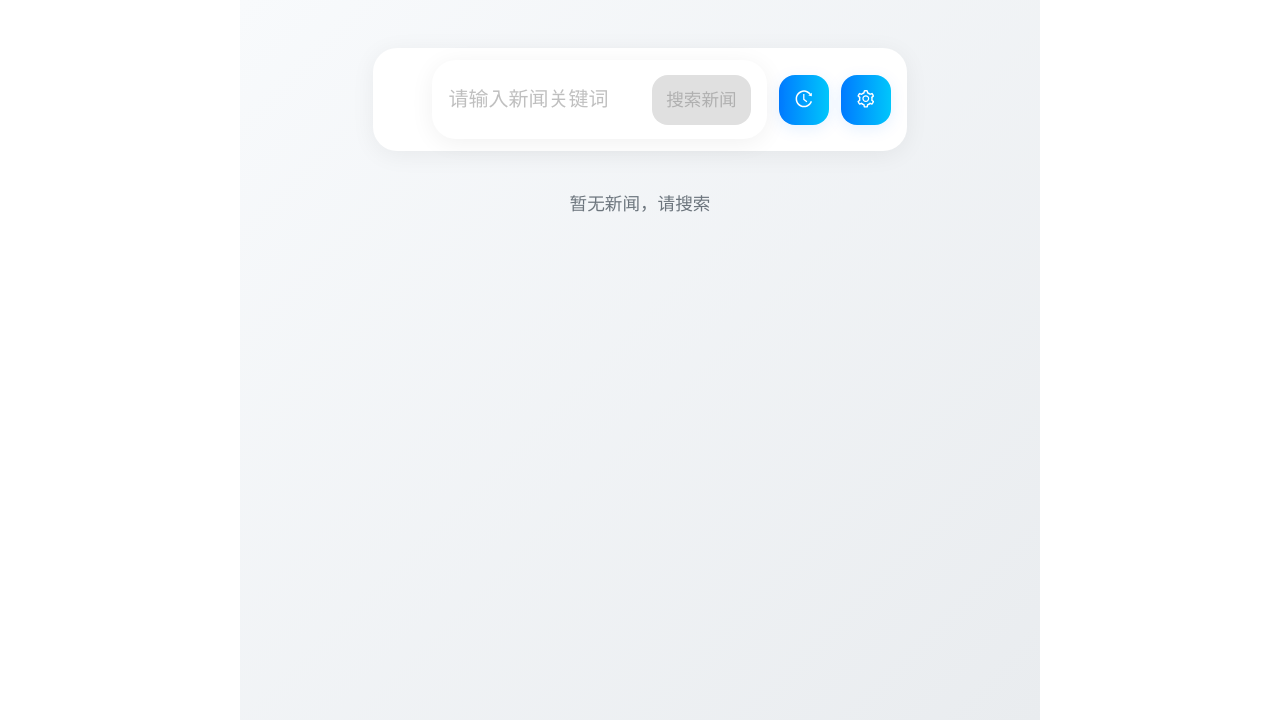
Repository: XJN7197/NewsAssistantBaseMCP
Page: / (app in frontend/)
An editor plug-in stored every save of this project. The page is shown before and after the next save, followed by the edit.
The browser window is 1280 px wide. The pictures show the whole page.
The project was rebuilt for these pictures with package versions that can differ from the ones it lists, and the page was loaded fresh each time. Also part of the build but not shown: frontend/vite.config.ts, frontend/src/components/NewsCard.tsx.

Above is the page before, as saved 2025-05-25 19:54:20.

### frontend/src/App.tsx
import { useState } from 'react'
import Home from './pages/Home'
import './App.css'

function App() {

  return (
    <>
      <Home/>
    </>
  )
}

export default App

### frontend/src/pages/Home.module.css
.home-container {
  height: 100vh;
  width: 800px;
  background: linear-gradient(135deg, #f8fafc 0%, #e9ecef 100%);
  display: flex;
  flex-direction: column;
  align-items: center;
  padding: 48px 0 48px 0; /* 调整了上下padding，左右padding设为0，因为内容区会通过max-width控制 */
  font-family: -apple-system, BlinkMacSystemFont, "Segoe UI", Roboto, "Helvetica Neue", Arial, "PingFang SC", "Hiragino Sans GB", "Microsoft YaHei", sans-serif;
}

.search-bar {
  display: flex;
  justify-content: flex-end;
  align-items: center;
  gap: 12px;
  position: sticky;
  top: 0;
  z-index: 1;
  background: #fff;
  border-radius: 24px;
  box-shadow: 0 4px 24px 0 rgba(0,0,0,0.06);
  padding: 12px 16px; /* 减小整体内边距 */
  width: 66.66%;
  max-width: none;
}

.search-bar input[type="text"] {
  flex: 1;
  border: none;
  outline: none;
  font-size: 1.25rem;
  background: transparent;
  color: #222;
  padding: 8px 12px; /* 调整输入框内边距 */
  margin: 0;
  box-sizing: border-box;
  border-radius: 8px; /* 添加圆角 */
  transition: background 0.2s;
}

/* 添加输入框悬停效果 */
.search-bar input[type="text"]:hover,
.search-bar input[type="text"]:focus {
  background: rgba(0, 0, 0, 0.02);
}
.search-bar button {
  height: 50px;
  background: linear-gradient(90deg, #007aff 0%, #00c6fb 100%);
  color: #fff;
  border: none;
  border-radius: 16px; /* 更大的圆角 */
  padding: 14px 36px; /* 增加了按钮padding */
  font-size: 1.1rem; /* 稍大字体 */
  font-weight: 500;
  cursor: pointer;
  transition: background 0.2s, box-shadow 0.2s;
  box-shadow: 0 4px 16px 0 rgba(0,122,255,0.10); /* 按钮阴影 */
}

.search-bar button:disabled {
  background: #e0e0e0;
  color: #b0b0b0;
  cursor: not-allowed;
  box-shadow: none;
}

.news-list-container { /* Renamed from .news-list */
  width: 66.66%; /* 宽度固定为视口宽度的2/3 */
  /* height: 1500px; 高度固定为1500px */
  max-width: none; /* 移除最大宽度限制 */
  margin-bottom: 40px;
  min-height: 180px; /* 最小高度，避免内容过少时塌陷 */
  display: flex;
  flex-direction: column;
  gap: 24px; /* 新闻卡片之间的间距 */
  overflow-y: auto; /* 添加垂直滚动 */
  /* 可以在这里添加新闻卡片的样式，或者为新闻卡片组件单独创建样式文件 */
}

/* 针对 news-list 中暂无新闻的提示文本样式 */
.news-list > div {
  color: #6c757d; /* 柔和的提示文字颜色 */
  font-size: 1.1rem;
  text-align: center;
  padding: 40px 0;
}

/* Styles for .news-card, .checkbox-container, .news-content, .news-title, .news-desc, .news-link are removed as Ant Design components handle them */

/* 错误消息样式 */
.error-message {
  color: #dc3545; /* 红色错误提示 */
  font-size: 1.1rem;
  text-align: center;
  padding: 40px 0;
}


.analyze-btn {
  margin-bottom: 32px;
}

.analyze-btn button {
  background: linear-gradient(90deg, #34e89e 0%, #0f3443 100%); /* 保持了之前的渐变色 */
  color: #fff;
  border: none;
  border-radius: 16px; /* 更大的圆角 */
  padding: 16px 48px; /* 增加了按钮padding */
  font-size: 1.2rem; /* 稍大字体 */
  font-weight: 600;
  cursor: pointer;
  transition: background 0.2s, box-shadow 0.2s;
  box-shadow: 0 4px 16px 0 rgba(52,232,158,0.10); /* 按钮阴影 */
}

.analyze-btn button:disabled {
  background: #e0e0e0;
  color: #b0b0b0;
  cursor: not-allowed;
  box-shadow: none;
}

/* Styles for .report-modal and its children are removed as Ant Design Modal component handles them */

### frontend/src/mock/newsData.ts
export const mockNewsData = {
    news_list: [
      {
        title: "Qwen引领AI前端技术革新：深度解析一句话开发网页的突破_模型_行业_创新",
        desc: "在人工智能快速发展的2025年，来自量子位的最新报道显示，AI技术正迎来前所未有的革新，尤其是在前端开发领域。由Qwen推出的“AI前端工程师”WebDev工具，以...",
        url: "https://news.sohu.com/a/893821748_121924584"
      },
      {
        title: "谷歌推Gemini2.5Pro模型，AI 助力前端开发与复杂编程",
        desc: "谷歌推Gemini2.5Pro模型#，AI 助力前端开发与复杂编程】5 月7 日消息，科技媒体The Decoder 昨日（5 月6 日）发布博文，报道称谷歌为预热今年的I/O...",
        url: "https://news.sina.com.cn/external/car/2025-05-07/doc-inevtine1324735.shtml"
      },
      {
        title: "前端程序员请注意！首个截图就能生成现代前端代码的AI来了 | 已开源",
        desc: "现在截图生成代码，已经来到了一个新高度——. ⾸个⾯向现代前端代码⽣成的多模态⼤模型解决⽅案，来了！ 而且是开源的那种。 前端程序员请注意！首个截图就能...",
        url: "https://www.qbitai.com/2025/02/258521.html"
      },
      {
        title: "AI包办79%代码，程序员饭碗不保，前端开发要凉，人类只配改Bug？",
        desc: "编码助手更偏向自动化。有79%的Claude Code对话可以被归为「自动化」，即AI直接完成任务，而不是与人类协作「增强」。相比之下，Claude.ai的对话中只有49%是...",
        url: "https://m.36kr.com/p/3271134281245063"
      },
      {
        title: "武汉烽火申请前后端协同开发方法专利，大大降低前后端耦合度",
        desc: "本文源自:金融界. 金融界2025年5月15日消息，国家知识产权局信息显示，武汉烽火信息集成技术有限公司申请一项名为“前后端协同开发方法、装置、设备及可...",
        url: "https://cj.sina.cn/articles/view/1704103183/65928d0f02007wlqg?froms=ggmp"
      }
    ]
  };

### frontend/src/mock/reportData.ts
// 模拟舆情分析报告数据
export const mockReportData = {
  report: `
  **分析时间：** 2025-05-22 20:48:32

  ---

  ## 📥 原始新闻内容

  ### 新闻1
  - **标题**: Qwen引领AI前端技术革新：深度解析一句话开发网页的突破_模型_行业_创新
  - **描述**: 在人工智能快速发展的2025年，来自量子位的最新报道显示，AI技术正迎来前所未有的革新，尤其是在前端开发领域。由Qwen推出的“AI前端工程师”WebDev工具，以...
  - **链接**: https://news.sohu.com/a/893821748_121924584

  ### 新闻2
  - **标题**: 谷歌推Gemini2.5Pro模型，AI 助力前端开发与复杂编程
  - **描述**: 谷歌推Gemini2.5Pro模型#，AI 助力前端开发与复杂编程】5 月7 日消息，科技媒体The Decoder 昨日（5 月6 日）发布博文，报道称谷歌为预热今年的I/O...
  - **链接**: https://news.sina.com.cn/external/car/2025-05-07/doc-inevtine1324735.shtml

  ### 新闻3
  - **标题**: 前端程序员请注意！首个截图就能生成现代前端代码的AI来了 | 已开源
  - **描述**: 现在截图生成代码，已经来到了一个新高度——. ⾸个⾯向现代前端代码⽣成的多模态⼤模型解决⽅案，来了！ 而且是开源的那种。 前端程序员请注意！首个截图就能...
  - **链接**: https://www.qbitai.com/2025/02/258521.html

  ### 新闻4
  - **标题**: AI包办79%代码，程序员饭碗不保，前端开发要凉，人类只配改Bug？
  - **描述**: 编码助手更偏向自动化。有79%的Claude Code对话可以被归为「自动化」，即AI直接完成任务，而不是与人类协作「增强」。相比之下，Claude.ai的对话中只有49%是...
  - **链接**: https://m.36kr.com/p/3271134281245063

  ### 新闻5
  - **标题**: 武汉烽火申请前后端协同开发方法专利，大大降低前后端耦合度
  - **描述**: 本文源自:金融界. 金融界2025年5月15日消息，国家知识产权局信息显示，武汉烽火信息集成技术有限公司申请一项名为“前后端协同开发方法、装置、设备及可...
  - **链接**: https://cj.sina.cn/articles/view/1704103183/65928d0f02007wlqg?froms=ggmp

  ---

  ## 📊 分析结果

  ### 舆情分析报告
  **日期**：2025年5月
  **分析范围**：五篇关于AI与前端开发的新闻

  ---

  #### **一、情绪倾向分析**
  | 新闻编号 | 情绪倾向 | 原因说明 |
  |----------|----------|----------|
  | **新闻1** | **正面** | 强调Qwen的“革新”“突破”等词汇，突出AI技术对前端开发的赋能，传递积极创新信号。 |
  | **新闻2** | **正面** | 谷歌推出新模型推动“AI助力前端开发”，体现技术迭代的行业趋势，语气温和但积极。 |
  | **新闻3** | **正面** | 聚焦“首个截图生成代码”“开源”等关键词，展示AI工具的实用性和开放性，引发开发者关注。 |
  | **新闻4** | **负面** | 标题直接使用“饭碗不保”“要凉”等强烈词汇，讨论AI对程序员职业的冲击，情绪偏担忧。 |
  | **新闻5** | **正面** | 武汉烽火的专利申请聚焦“降低耦合度”技术优化，体现行业对效率提升的关注，属中性积极技术报道。 |

  ---

  #### **二、舆情总结**
  1. **技术革新主导正面情绪**
     - 多篇新闻聚焦AI在前端开发中的创新应用（如Qwen、Gemini2.5Pro、开源工具），强调效率提升、自动化开发等优势，反映行业对AI技术的期待与认可。
     - 专利申请（新闻5）进一步表明企业对技术优化的重视，传递积极发展趋势。

  2. **负面情绪集中于就业风险**
     - 新闻4通过“79%代码由AI包办”“程序员饭碗不保”等表述，引发对AI替代人力的焦虑，负面情绪显著，但未否认技术价值。

  3. **行业矛盾与机遇并存**
     - 正面报道多关注技术突破，负面内容则反映人类与AI协作模式的争议，整体呈现“技术进步”与“职业担忧”的双重叙事。

  ---

  #### **三、建议**
  - **技术开发者**：关注AI工具的开源与迭代（如新闻3），同时提升复合技能以适应自动化趋势。
  - **企业与政策制定者**：平衡技术应用与就业保障，推动人机协作模式的探索。
  - **媒体传播**：客观呈现AI对行业的赋能与挑战，避免过度渲染负面情绪。

  **结论**：当前舆情以技术革新为核心积极主题，但需警惕AI对职业结构的潜在冲击，行业需在创新与人文关怀间寻求平衡。
`
}

### frontend/src/components/NewsSearch.tsx
import React from 'react';
import { Button as AntButton, Input } from 'antd';
import styles from '../pages/Home.module.css'; // 引入 Home.module.css 中的样式

interface NewsSearchProps {
  keyword: string;
  setKeyword: (keyword: string) => void;
  handleSearch: () => void;
  loading: boolean;
}

const NewsSearch: React.FC<NewsSearchProps> = ({
  keyword,
  setKeyword,
  handleSearch,
  loading,
}) => {
  return (
    <div className={styles['search-bar']}> {/* 使用 Home.module.css 中的样式 */}
      <Input
        placeholder="请输入新闻关键词"
        value={keyword}
        onChange={e => setKeyword(e.target.value)}
        onPressEnter={handleSearch} // 支持回车搜索
        style={{ flex: 1, fontSize: '1.25rem', padding: '12px 0' }} // 保持原有部分样式
      />
      <AntButton
        type="primary"
        onClick={handleSearch}
        loading={loading}
        disabled={!keyword}
        style={{ borderRadius: '16px', padding: '14px', fontSize: '1.1rem', fontWeight: 500 }} // 保持原有部分样式，并添加右边距
      >
        搜索新闻
      </AntButton>
    </div>
  );
};

export default NewsSearch;

### frontend/src/components/NewsList.tsx
import React from 'react';
import { List, Spin, Typography } from 'antd';
import NewsCard from './NewsCard';
import styles from '../pages/Home.module.css'; // 引入 Home.module.css 中的样式

const { Text } = Typography;

interface NewsListProps {
  newsList: any[]; // 根据实际新闻数据结构定义更精确的类型
  selectedNews: Set<number>;
  onItemChange: (id: number, checked: boolean) => void;
  loading: boolean;
}

const NewsList: React.FC<NewsListProps> = ({
  newsList,
  selectedNews,
  onItemChange,
  loading,
}) => {
  return (
    <div className={styles['news-list-container']}> {/* 使用 Home.module.css 中的样式 */}
      {loading && newsList.length === 0 && (
        <div style={{ textAlign: 'center', padding: '40px 0' }}>
          <Spin size="large" />
        </div>
      )}
      {!loading && newsList.length === 0 && (
        <div style={{ textAlign: 'center', color: '#6c757d', fontSize: '1.1rem', padding: '40px 0' }}>
          暂无新闻，请搜索
        </div>
      )}
      {newsList.length > 0 && newsList[0].error && (
        <div className={styles['error-message']}>{newsList[0].error}</div>
      )}
      {newsList.length > 0 && !newsList[0].error && (
        <List
          itemLayout="horizontal"
          dataSource={newsList}
          renderItem={item => (
            <NewsCard
              key={item.id}
              item={item}
              selectedNews={selectedNews}
              onItemChange={onItemChange}
            />
          )}
        />
      )}
    </div>
  );
};

export default NewsList;

### frontend/src/components/ReportModal.tsx
import React from 'react';
import { Modal, Button as AntButton, Spin, Typography } from 'antd';
import ReactMarkdown from 'react-markdown';
import remarkGfm from 'remark-gfm';

const { Title, Text } = Typography;

interface ReportModalProps {
  showReport: boolean;
  setShowReport: (show: boolean) => void;
  report: string | null;
  loading: boolean;
  handleDownload: () => void;
  setEmailModalVisible: (visible: boolean) => void;
}

const ReportModal: React.FC<ReportModalProps> = ({
  showReport,
  setShowReport,
  report,
  loading,
  handleDownload,
  setEmailModalVisible,
}) => {
  return (
    <Modal
      title={<Title level={3} style={{ textAlign: 'center', marginBottom: 0 }}>舆情分析报告</Title>}
      open={showReport}
      onCancel={() => setShowReport(false)}
      footer={[
        <AntButton
          key="download"
          onClick={handleDownload}
          disabled={!report}
          style={{ borderRadius: '12px', marginRight: '8px' }}
        >
          下载报告
        </AntButton>,
        <AntButton
          key="email"
          onClick={() => setEmailModalVisible(true)}
          disabled={!report}
          style={{ borderRadius: '12px', marginRight: '8px' }}
        >
          发送邮件
        </AntButton>,
        <AntButton key="close" type="primary" onClick={() => setShowReport(false)} style={{ borderRadius: '12px' }}>
          关闭
        </AntButton>
      ]}
      width="60vw"
      styles={{
        body: { maxHeight: '70vh', overflowY: 'auto', background: '#fff', padding: '24px 40px' },
        content: { zIndex: 1000 }
      }}
    >
      {loading && !report ? (
        <div style={{ textAlign: 'center', padding: '40px 0' }}>
          <Spin size="large" tip="分析报告生成中..." />
        </div>
      ) : report ? (
        <ReactMarkdown remarkPlugins={[remarkGfm]}>{report}</ReactMarkdown>
      ) : (
        <Text>报告生成中或无内容...</Text>
      )}
    </Modal>
  );
};

export default ReportModal;

### frontend/src/components/SettingsModal.tsx
import React from 'react';
import { Modal, Button as AntButton, Spin, Form, Input, Typography, message } from 'antd';

const { Title } = Typography;

interface SettingsModalProps {
  showSettings: boolean;
  setShowSettings: (show: boolean) => void;
  config: any; // 根据实际配置数据结构定义更精确的类型
  configLoading: boolean;
  fetchConfig: () => void;
  updateConfig: (values: any) => Promise<void>;
}

const SettingsModal: React.FC<SettingsModalProps> = ({
  showSettings,
  setShowSettings,
  config,
  configLoading,
  fetchConfig,
  updateConfig,
}) => {
  const [configForm] = Form.useForm();

  // 当弹窗打开时获取配置
  React.useEffect(() => {
    if (showSettings) {
      fetchConfig();
    }
  }, [showSettings, fetchConfig]);

  // 当 config 更新时设置表单值
  React.useEffect(() => {
    configForm.setFieldsValue(config);
  }, [config, configForm]);

  const handleSave = async () => {
    try {
      const values = await configForm.validateFields();
      await updateConfig(values);
    } catch (errorInfo) {
      console.error('Validate Failed:', errorInfo);
      message.error('请检查表单填写是否正确。');
    }
  };

  return (
    <Modal
      title={<Title level={3} style={{ textAlign: 'center', marginBottom: 0 }}>配置设置</Title>}
      open={showSettings}
      onCancel={() => setShowSettings(false)}
      footer={[
        <AntButton key="cancel" onClick={() => setShowSettings(false)} style={{ borderRadius: '12px' }}>
          取消
        </AntButton>,
        <AntButton key="submit" type="primary" loading={configLoading} onClick={handleSave} style={{ borderRadius: '12px' }}>
          保存
        </AntButton>,
      ]}
      width="50vw"
      styles={{ body: { maxHeight: '70vh', overflowY: 'auto', background: '#fff', padding: '24px 40px' } }}
    >
      {configLoading && Object.keys(config).length === 0 ? (
        <div style={{ textAlign: 'center', padding: '40px 0' }}>
          <Spin size="large" tip="加载配置中..." />
        </div>
      ) : (
        <Form
          form={configForm}
          layout="vertical"
          initialValues={config} // 使用状态中的配置作为初始值
        >
          {Object.keys(config).map(key => {
            let inputProps = {};

            // 根据不同字段设置不同的input type
            if (key === 'BASE_URL') {
              inputProps = { type: 'url', placeholder: '请输入有效的URL地址' };
            } else if (key === 'EMAIL_USER') {
              inputProps = { type: 'email', placeholder: '请输入有效的邮箱地址' };
            } else if (key === 'SMTP_SERVER') {
              inputProps = {
                type: 'text',
                placeholder: '请输入SMTP服务器地址',
                pattern: '^[a-zA-Z0-9][a-zA-Z0-9\-\.]+[a-zA-Z0-9]$'
              };
            }

            return (
              <Form.Item
                key={key}
                label={key}
                name={key}
                rules={[{ required: true, message: `请输入 ${key}!` }]} // 添加必填规则
              >
                <Input {...inputProps} />
              </Form.Item>
            );
          })}
        </Form>
      )}
    </Modal>
  );
};

export default SettingsModal;

### frontend/src/components/EmailModal.tsx
import React, { useState } from 'react';
import { Modal, Button as AntButton, Form, Input, message } from 'antd';

interface EmailModalProps {
  emailModalVisible: boolean;
  setEmailModalVisible: (visible: boolean) => void;
  report: string | null;
}

const EmailModal: React.FC<EmailModalProps> = ({
  emailModalVisible,
  setEmailModalVisible,
  report,
}) => {
  const [emailTo, setEmailTo] = useState('');
  const [emailSending, setEmailSending] = useState(false);
  const [form] = Form.useForm();

  // Reset form when modal opens
  React.useEffect(() => {
    if (emailModalVisible) {
      form.resetFields();
      setEmailTo(''); // Also reset local state
    }
  }, [emailModalVisible, form]);

  const handleSendEmail = async () => {
    if (!report || !emailTo) return;

    setEmailSending(true);
    try {
      const response = await fetch('http://localhost:8000/send_email', {
        method: 'POST',
        headers: {
          'Content-Type': 'application/json',
        },
        body: JSON.stringify({
          to: emailTo,
          subject: `舆情分析报告`,
          report_content: report
        }),
      });

      const data = await response.json();
      if (data.status === 'success') {
        message.success('邮件发送成功！');
        setEmailModalVisible(false);
      } else {
        message.error(`邮件发送失败: ${data.message}`);
      }
    } catch (error) {
      console.error("邮件发送失败:", error);
      message.error(`邮件发送失败: ${error}`);
    } finally {
      setEmailSending(false);
    }
  };

  return (
    <Modal
      title="发送分析报告到邮箱"
      open={emailModalVisible}
      onCancel={() => setEmailModalVisible(false)}
      footer={[
        <AntButton key="cancel" onClick={() => setEmailModalVisible(false)} style={{ borderRadius: '12px' }}>
          取消
        </AntButton>,
        <AntButton
          key="send"
          type="primary"
          loading={emailSending}
          onClick={handleSendEmail}
          disabled={!emailTo}
          style={{ borderRadius: '12px' }}
        >
          发送
        </AntButton>,
      ]}
    >
      <Form form={form} layout="vertical">
        <Form.Item
          label="收件人邮箱"
          name="email"
          rules={[
            { required: true, message: '请输入收件人邮箱!' },
            { type: 'email', message: '请输入有效的邮箱地址!' }
          ]}
        >
          <Input
            placeholder="请输入收件人邮箱"
            value={emailTo}
            onChange={e => setEmailTo(e.target.value)}
          />
        </Form.Item>
      </Form>
    </Modal>
  );
};

export default EmailModal;

Loaded but not shown: frontend/index.html (common file); frontend/src/main.tsx (common file); frontend/src/index.css (common file); frontend/src/App.css (common file); frontend/src/pages/Home.tsx (476 lines, source omitted)

After the next save:
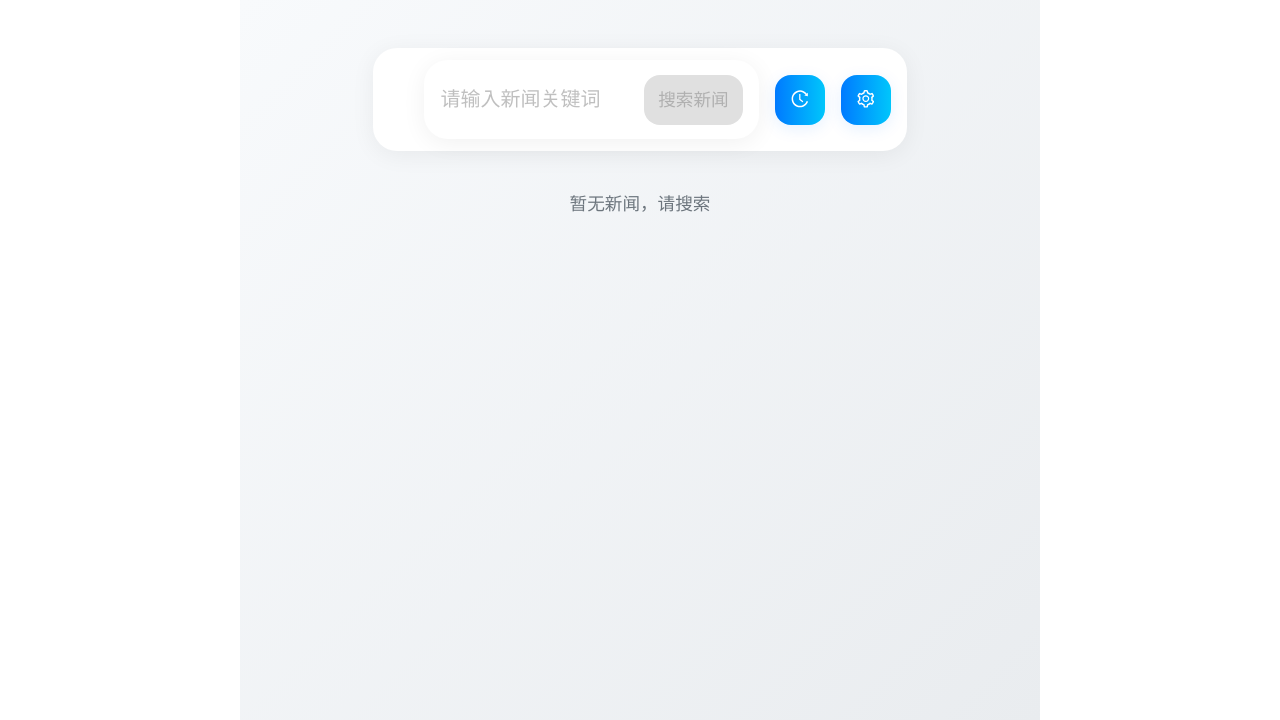
Saved 22 s later.
--- a/frontend/src/pages/Home.module.css
+++ b/frontend/src/pages/Home.module.css
@@ -13,7 +13,7 @@
   display: flex;
   justify-content: flex-end;
   align-items: center;
-  gap: 12px;
+  gap: 16px;
   position: sticky;
   top: 0;
   z-index: 1;
